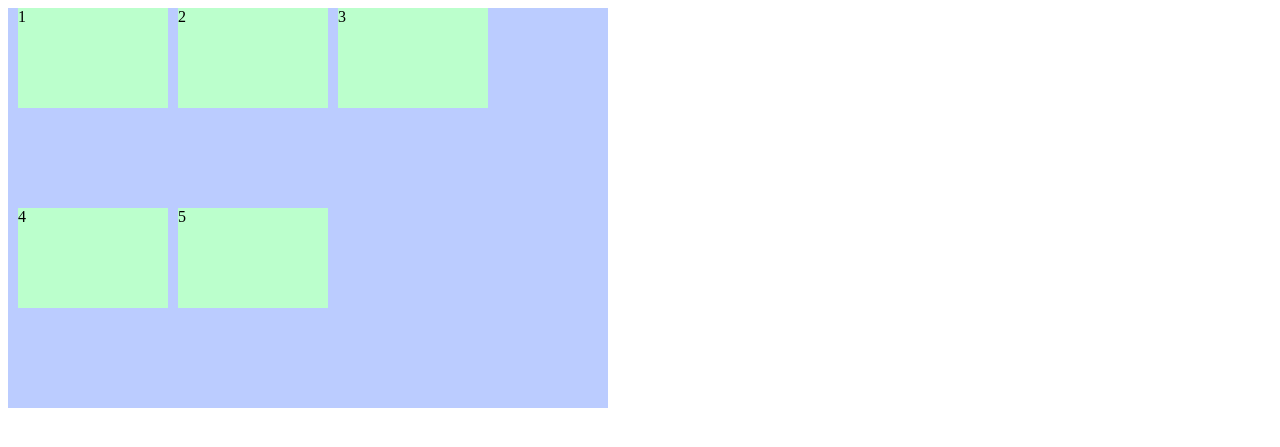
Repository: liutian97/learn1
Page: 移动端web开发/代码/2. Flex 伸缩布局/05-flex-wrap子元素是否换行.html
An editor plug-in stored every save of this project. The page is shown before and after the next save, followed by the edit.
The browser window is 1280 px wide. The pictures show the whole page.

Above is the page before, as saved 2022-07-02 16:55:05.

After the next save:
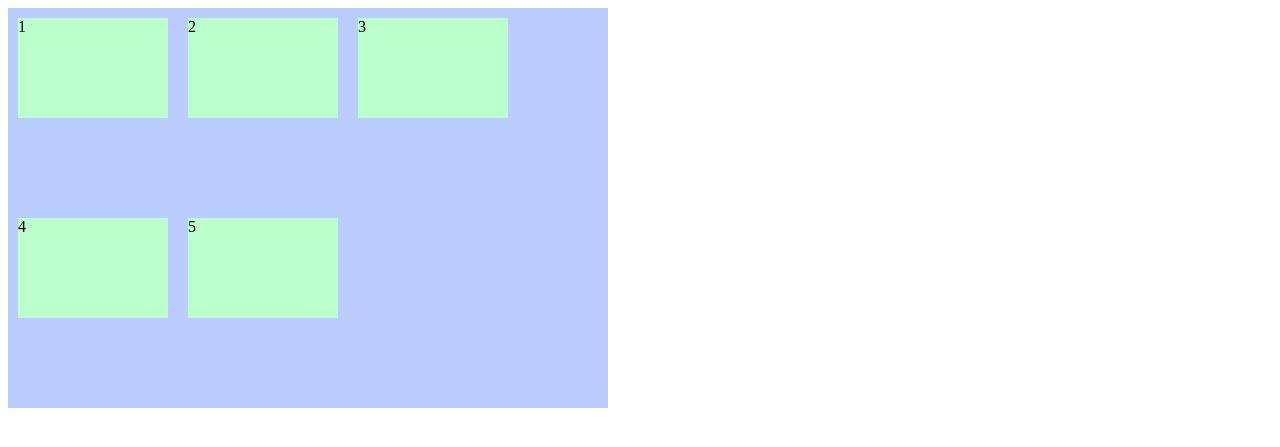
Saved 11 s later.
--- a/移动端web开发/代码/2. Flex 伸缩布局/05-flex-wrap子元素是否换行.html
+++ b/移动端web开发/代码/2. Flex 伸缩布局/05-flex-wrap子元素是否换行.html
@@ -19,7 +19,7 @@
     div span {
       width: 150px;
       height: 100px;
-      margin-left: 10px;
+      margin: 10px;
       background-color: #bfc;
     }
   </style>
